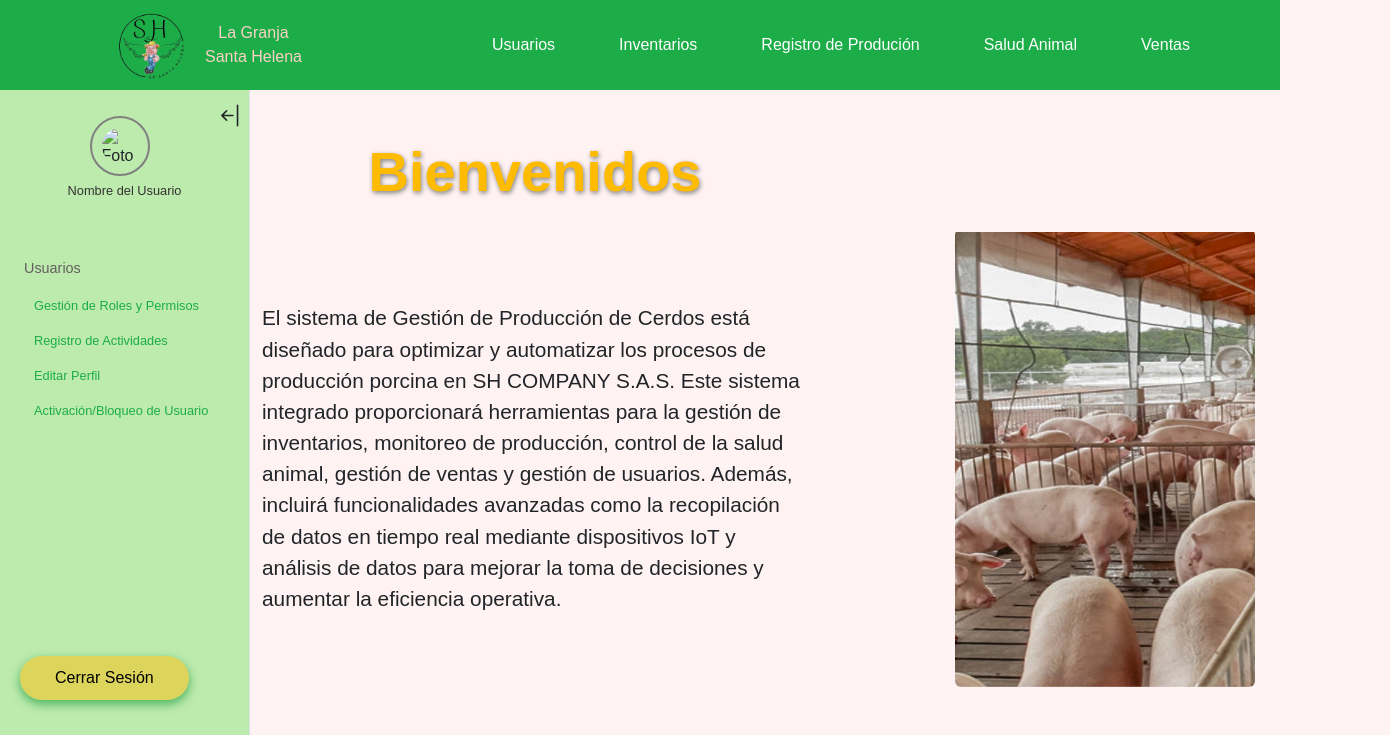
Repository: Mateojimenezz/Granja-Santa-Helena
Page: paginaDeInicio.html
These files come from the project's save history. The page is drawn as it stood at one moment and after a run of saves; the edit follows.
The browser window is 1280 px wide. The page is 1390 px wide, then 1280 px, so the pictures cover 1390 px, including what lies to the right of the window. The pictures show the whole page.
After loading, the first visible `a.nav-link` was clicked once.
Some web fonts or font styles are not loaded; a fallback is used.

Above is the page before, as saved 2025-04-07 09:54:03.

After the next 2 saves:
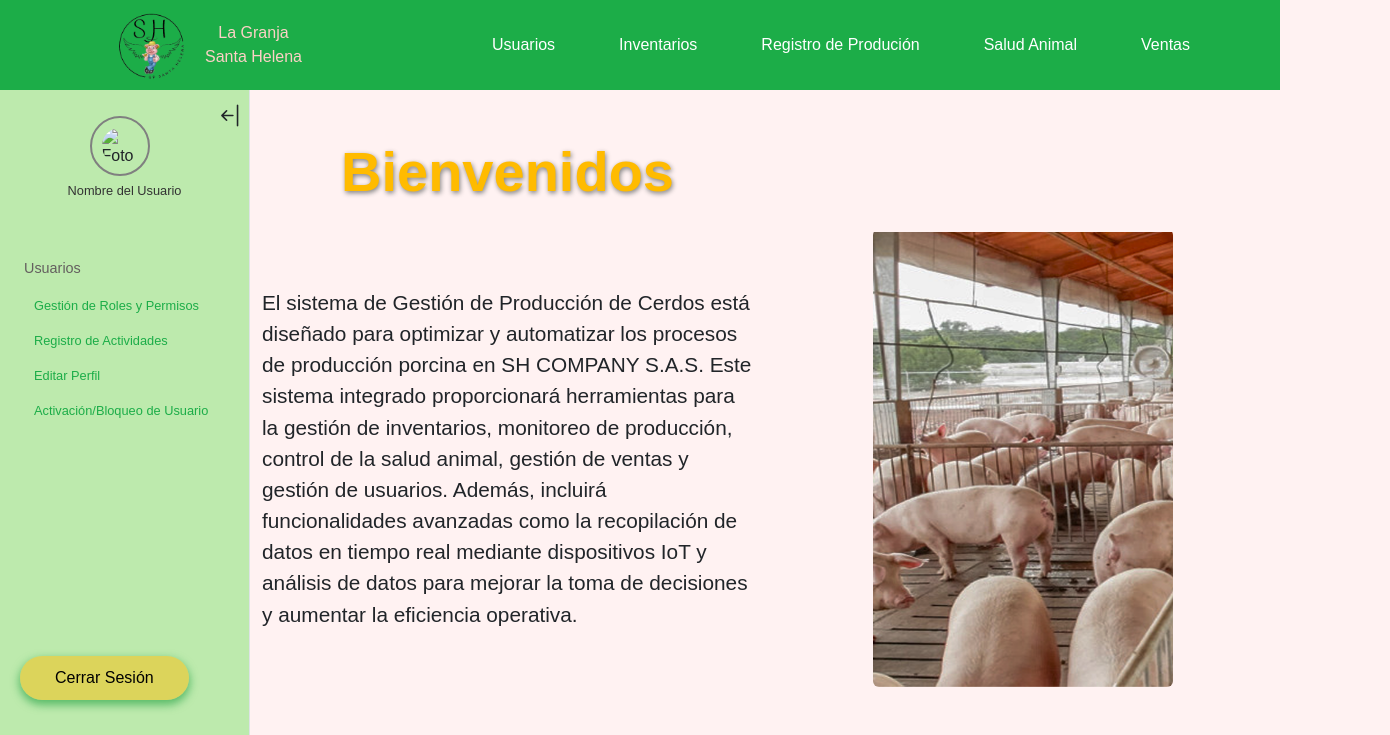
The 2 saves are shown as one change because they came seconds apart.
The last was saved 8 min 59 s later.
--- a/assets/js/menuHandler.js
+++ b/assets/js/menuHandler.js
@@ -61,6 +61,10 @@ document.addEventListener("DOMContentLoaded", function () {
     sidebar.style.display = "block"; // Asegúrate de que el menú lateral esté visible
     if (isLargeScreen()) {
       mainContent.style.marginLeft = "250px"; // Desplaza el contenido en pantallas grandes
+      mainContent.style.maxWidth = `calc(100% - ${sidebar.offsetWidth}px)`; // Reduce el ancho según el sidebar
+mainContent.style.overflowX = "hidden"; // Evita scroll horizontal
+mainContent.style.boxSizing = "border-box"; // Ajusta el tamaño incluyendo paddings y bordes
+
     } else {
       mainContent.style.marginLeft = "0px"; // No desplaza el contenido en pantallas pequeñas
     }
